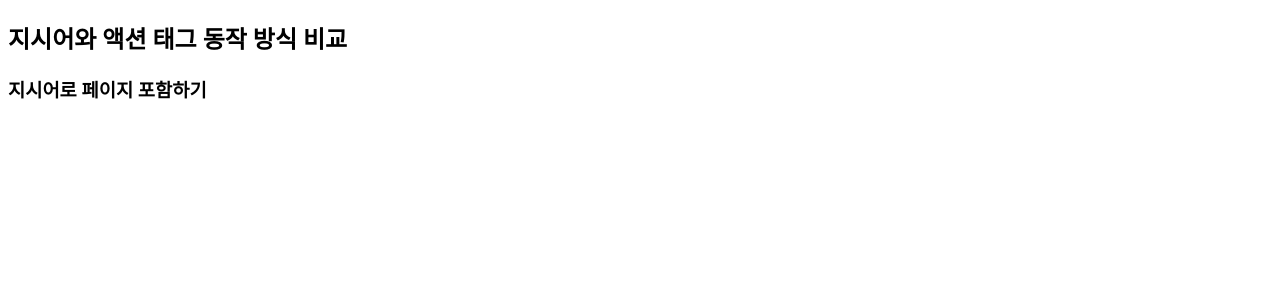
Repository: Motibidu/JSP_Servlet
Page: http://localhost/MushHaveJsp/07ActionTag/IncludeMain.jsp
The author's editor kept a copy of each file at every save. The page is drawn from the files as they stood at one save, then again after the next save.
The browser window is 1280 px wide. The pictures show the whole page.
The page is served by Tomcat 10.

Above is the page before, as saved 2025-05-08 07:16:32.

After the next save:
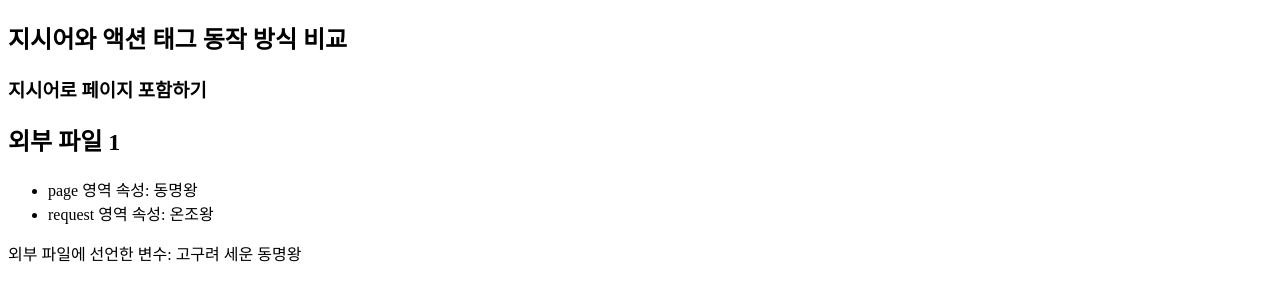
Saved 21 s later.
--- a/MushHaveJsp/src/main/webapp/07ActionTag/IncludeMain.jsp
+++ b/MushHaveJsp/src/main/webapp/07ActionTag/IncludeMain.jsp
@@ -17,6 +17,7 @@ pageContext.setAttribute("rAttr", "온조왕");
 	<h2>지시어와 액션 태그 동작 방식 비교</h2>
 
 	<h3>지시어로 페이지 포함하기</h3>
-
+	<%@ include file="./inc/OuterPage1.jsp" %>
+	<p>외부 파일에 선언한 변수: <%=newVar1 %></p>
 </body>
 </html>
